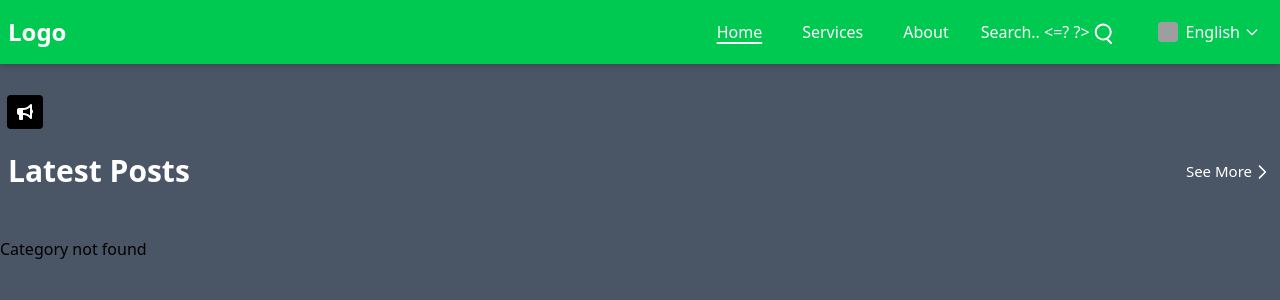
Repository: saroeuntola/we-share
Page: http://localhost/?lang=en
These files come from the project's save history. The page is drawn as it stood at one moment and after the next save; the edit follows.
The browser window is 1280 px wide. The pictures show the whole page.
Pictures or frames that could not be fetched are drawn as grey boxes. The page is run by PHP 8.4 with error messages shown; the project is at /var/www/html/. Style sheets and scripts are compiled from the project's sources, by tool versions that may differ from the author's. Queries for data that is not in the repository find no rows.

Above is the page before, as saved 2025-08-28 12:16:57.

### index.php
<!DOCTYPE html>
<html lang="en">

<head>
    <meta charset="UTF-8">
    <meta name="viewport" content="width=device-width, initial-scale=1.0">
    <title>Latest Posts</title>
    <link rel="stylesheet" href="./assets/css/output.css">
    <link rel="stylesheet" href="./assets/css/custom.css">
    <link rel="stylesheet" href="https://cdnjs.cloudflare.com/ajax/libs/font-awesome/6.0.0-beta3/css/all.min.css" />
    <script src="https://code.jquery.com/jquery-3.6.0.min.js"></script>
</head>

<body class="bg-gray-600">
    <header class="fixed z-10 w-full" id="header">
        <?php
        include 'head-bar.php'
        ?>
    </header>

    <main class="max-w-7xl m-auto mt-[95px]">
        <section class="mb-6">
            <?php
            include 'key-frame.php'
            ?>
        </section>

        <section>
            <?php
            include 'last-post-card.php'
            ?>

        </section>

        <section class="mt-6">
            <?php
            include 'programing-card.php'
            ?>
        </section>

        <section class="mt-6">
            <?php
            include 'web-dev-card.php'
            ?>
        </section>
    </main>


</body>

</html>

### head-bar.php
<?php
$currentPage = basename($_SERVER['PHP_SELF']);
$lang = isset($_GET['lang']) && in_array($_GET['lang'], ['en', 'kh']) ? $_GET['lang'] : 'en';
$currentSlug = isset($_GET['slug']) ? $_GET['slug'] : null;

function buildLangUrl($langTarget, $currentPage, $currentSlug)
{
    $params = ['lang' => $langTarget];
    if ($currentPage === 'detail.php' && $currentSlug) {
        $params['slug'] = $currentSlug;
    }
    return $currentPage . '?' . http_build_query($params);
}

// ✅ Helper to check active page
function navItem($page, $label, $lang, $currentPage, $currentSlug)
{
    $isActive = (strpos($currentPage, $page) !== false || ($page === '/' && $currentPage === 'index.php'));
    $baseUrl = $page === '/' ? '/' : $page;
    $params = ['lang' => $lang];
    if ($currentPage === 'detail' && $currentSlug) {
        $params['slug'] = $currentSlug;
    }
    $href = $baseUrl . '?' . http_build_query($params);

    $activeClass = $isActive
        ? 'text-white underline underline-offset-4 decoration-2'  // active link underline
        : 'text-white hover:underline hover:underline-offset-4 hover:decoration-2'; // hover underline

    $langClass = ($lang === 'kh') ? 'khmer-font-nav' : '';

    return "<a href=\"{$href}\" class=\"{$langClass} rounded-md text-base font-medium p-2 {$activeClass}\">{$label}</a>";
}



$menu = [
    'home' => $lang === 'en' ? 'Home' : 'ទំព័រដើម',
    'services' => $lang === 'en' ? 'Services' : 'សេវាកម្ម',
    'about' => $lang === 'en' ? 'About' : 'អំពីយើង',
    'faq' => $lang === 'en' ? 'FAQs' : 'សំណួរ',
    'join' => $lang === 'en' ? 'Join Now' : 'ចូលរួម',
    'search' => $lang === 'en' ? 'Search...' : 'ស្វែងរក...'
];

$languageNames = [
    'en' => 'English',
    'kh' => 'Khmer'
];
?>
<style>
    .khmer-font-nav {
        font-family: "Moul", serif;
        font-weight: 400;
        font-style: normal;
        font-size: 14px;
    }
</style>
<nav class="bg-green-500 shadow-md w-full" id="header">
    <div class="max-w-7xl mx-auto px-2">
        <div class="flex justify-between h-16 items-center">

            <!-- Mobile: Hamburger + Logo -->
            <div class="flex items-center lg:hidden">
                <!-- Hamburger -->
                <button id="menu-btn" class="lg:hidden p-2 text-white cursor-pointer">
                    <!-- Hamburger Icon -->
                    <svg class="w-6 h-6" fill="none" stroke="currentColor" stroke-width="2"
                        viewBox="0 0 24 24" xmlns="http://www.w3.org/2000/svg">
                        <path stroke-linecap="round" stroke-linejoin="round" d="M4 6h16M4 12h16M4 18h16" />
                    </svg>
                </button>
                <script>
                    const menuBtn = document.getElementById('menu-btn');
                    const menuIcon = document.getElementById('menu-icon');
                    const closeIcon = document.getElementById('close-icon');

                    menuBtn.addEventListener('click', () => {
                        menuIcon.classList.toggle('hidden');
                        closeIcon.classList.toggle('hidden');
                    });
                </script>
                <!-- Logo -->
                <a href="#" class="text-2xl font-bold text-white ml-3">Logo</a>
            </div>
            <!-- Desktop: Logo + Menu -->
            <div class="hidden lg:flex justify-between items-center w-full">
                <!-- Logo -->
                <a href="#" class="text-2xl font-bold text-white">Logo</a>
                <!-- Menu Items -->
                <div class="flex space-x-6 items-center">
                    <!-- Desktop Menu Items -->
                    <div class="flex space-x-6 items-center">
                        <?= navItem('/', $menu['home'], $lang, $currentPage, $currentSlug) ?>
                        <?= navItem('services', $menu['services'], $lang, $currentPage, $currentSlug) ?>
                        <?= navItem('about', $menu['about'], $lang, $currentPage, $currentSlug) ?>
                    </div>


                    <!-- Search Icon -->
                    <div class="relative ">

                        <button id="search-icon" class="text-white focus:outline-none flex justify-between items-center cursor-pointer">
                            <p>Search.. <=? ?></p>
                            <svg class="w-6 h-6 mt-1" fill="none" stroke="currentColor" viewBox="0 0 24 24">
                                <path stroke-linecap="round" stroke-linejoin="round" stroke-width="2"
                                    d="M21 21l-4.35-4.35m0 0A7.5 7.5 0 1110.5 3a7.5 7.5 0 016.15 13.65z" />
                            </svg>
                        </button>
                    </div>

                    <!-- Desktop Language Dropdown -->
                    <div class="relative">
                        <button id="lang-btn-desktop" class="flex items-center text-white px-3 py-2 rounded-md hover:bg-green-600 focus:outline-none">
                            <img id="lang-flag-desktop" src="https://flagcdn.com/<?= $lang === 'en' ? 'us' : 'kh' ?>.svg" class="w-5 h-5 ml-2 rounded-sm" alt="Flag">
                            <span class="ml-2 font-medium"><?= $lang === 'en' ? 'English' : 'Khmer' ?></span>
                            <svg class="w-4 h-4 ml-1" fill="none" stroke="currentColor" viewBox="0 0 24 24">
                                <path stroke-linecap="round" stroke-linejoin="round" stroke-width="2" d="M19 9l-7 7-7-7" />
                            </svg>
                        </button>

                        <div id="lang-menu-desktop" class="hidden absolute right-0 mt-2 w-36 bg-white rounded-md shadow-lg z-50">
                            <?php foreach ($languageNames as $code => $name): ?>
                                <?php if ($code !== $lang): ?>
                                    <a href="<?= buildLangUrl($code, $currentPage, $currentSlug) ?>" class="flex items-center px-4 py-2 text-gray-700 hover:bg-gray-100 transition">
                                        <img src="https://flagcdn.com/<?= $code === 'en' ? 'us' : 'kh' ?>.svg" class="w-5 h-5 mr-2 rounded-sm" alt="<?= $name ?> Flag">
                                        <span class="flex-1 text-right"><?= $name ?></span>
                                    </a>
                                <?php endif; ?>
                            <?php endforeach; ?>
                        </div>
                    </div>


                </div>
            </div>

            <!-- Mobile: Search Icon + Language -->
            <div class="flex items-center lg:hidden space-x-2">
                <!-- Search Icon -->
                <button id="search-icon-mobile" class="text-white focus:outline-none flex justify-center items-center">
                    <p>Search..</p>
                    <svg class="w-6 h-6 mt-1" fill="none" stroke="currentColor" viewBox="0 0 24 24">
                        <path stroke-linecap="round" stroke-linejoin="round" stroke-width="2"
                            d="M21 21l-4.35-4.35m0 0A7.5 7.5 0 1110.5 3a7.5 7.5 0 016.15 13.65z" />
                    </svg>
                </button>

                <!-- Mobile Language Dropdown -->
                <div class="relative">
                    <button id="lang-btn-mobile" class="flex items-center text-white px-3 py-2 rounded-md hover:bg-green-600 focus:outline-none">
                        <img id="lang-flag-mobile" src="https://flagcdn.com/<?= $lang === 'en' ? 'us' : 'kh' ?>.svg" class="w-5 h-5 ml-2 rounded-sm" alt="Flag">
                        <span class="ml-2 font-medium"><?= $lang === 'en' ? 'English' : 'Khmer' ?></span>
                        <svg class="w-4 h-4 ml-1" fill="none" stroke="currentColor" viewBox="0 0 24 24">
                            <path stroke-linecap="round" stroke-linejoin="round" stroke-width="2" d="M19 9l-7 7-7-7" />
                        </svg>
                    </button>

                    <div id="lang-menu-mobile" class="hidden absolute right-0 mt-2 w-36 bg-white rounded-md shadow-lg z-50">
                        <?php foreach ($languageNames as $code => $name): ?>
                            <?php if ($code !== $lang): ?>
                                <a href="<?= buildLangUrl($code, $currentPage, $currentSlug) ?>" class="flex items-center px-4 py-2 text-gray-700 hover:bg-gray-100 transition">
                                    <img src="https://flagcdn.com/<?= $code === 'en' ? 'us' : 'kh' ?>.svg" class="w-5 h-5 mr-2 rounded-sm" alt="<?= $name ?> Flag">
                                    <span class="flex-1 text-right"><?= $name ?></span>
                                </a>
                            <?php endif; ?>
                        <?php endforeach; ?>
                    </div>
                </div>

            </div>
        </div>

        <!-- Mobile Collapsed Menu -->
        <div id="overlay" class="fixed inset-0 bg-black bg-opacity-50 hidden z-40"></div>
        <div id="mobile-menu"
            class="fixed top-0 left-0 h-full w-64 bg-green-600 text-white transform -translate-x-full transition-transform duration-300 ease-in-out z-50">

            <div class="flex flex-col px-5 py-3 space-y-4">
                <button id="close-btn" class="self-end text-white flex justify-end cursor-pointer">
                    ✕
                </button>
                <?= navItem('/', $menu['home'], $lang, $currentPage, $currentSlug) ?>
                <?= navItem('services', $menu['services'], $lang, $currentPage, $currentSlug) ?>
                <?= navItem('about', $menu['about'], $lang, $currentPage, $currentSlug) ?>
            </div>
        </div>


    </div>
</nav>

<!-- Search Modal (shared for Desktop & Mobile) -->
<div id="searchModal" class="fixed inset-0 bg-black bg-opacity-50 hidden z-50 flex items-center justify-center">
    <div class="bg-gray-600 w-full h-full max-w-4xl max-h-full overflow-y-auto relative p-4">
        <!-- Header -->
        <div class="flex justify-between items-center border-b pb-4">
            <h2 class="text-xl text-white font-bold"><?= $lang === 'en' ? 'Search Document' : 'ស្វែងរកឯកសារ' ?></h2>
            <button onclick="closeSearchModal()" class="text-white text-3xl font-bold cursor-pointer">&times;</button>
        </div>

        <!-- Search Input -->
        <div class="mt-4">
            <input type="text" id="search-box" placeholder="<?= $lang === 'en' ? 'Search...' : 'ស្វែងរក...' ?>"
                class="w-full px-4 py-3 rounded-md border focus:outline-none focus:ring-2 focus:ring-green-500 text-white">
        </div>

        <!-- Loading Indicator -->
        <div id="search-loading" class="hidden mt-2 text-white"><?= $lang === 'en' ? 'Loading...' : 'កំពុងផ្ទុក...' ?></div>

        <!-- Search Results Grid -->
        <div id="search-results" class="mt-4 grid grid-cols-1 sm:grid-cols-2 lg:grid-cols-3 gap-4">
            <div class="text-white col-span-full"><?= $lang === 'en' ? 'Type to search...' : 'វាយបញ្ចូលដើម្បីស្វែងរក...' ?></div>
        </div>
    </div>
</div>
<script src="https://cdn.jsdelivr.net/npm/alpinejs@3.x.x/dist/cdn.min.js" defer></script>

<script>
    const closeBtn = document.getElementById('close-btn');
    const mobileMenu = document.getElementById('mobile-menu');
    const overlay = document.getElementById('overlay');

    menuBtn.addEventListener('click', () => {
        mobileMenu.classList.remove('-translate-x-full');
        overlay.classList.remove('hidden');
    });

    closeBtn.addEventListener('click', () => {
        mobileMenu.classList.add('-translate-x-full');
        overlay.classList.add('hidden');
    });

    overlay.addEventListener('click', () => {
        mobileMenu.classList.add('-translate-x-full');
        overlay.classList.add('hidden');
    });




    // Desktop dropdown
    const langBtnDesktop = document.getElementById('lang-btn-desktop');
    const langMenuDesktop = document.getElementById('lang-menu-desktop');

    langBtnDesktop.addEventListener('click', (e) => {
        e.stopPropagation();
        langMenuDesktop.classList.toggle('hidden');
    });

    // Mobile dropdown
    const langBtnMobile = document.getElementById('lang-btn-mobile');
    const langMenuMobile = document.getElementById('lang-menu-mobile');

    langBtnMobile.addEventListener('click', (e) => {
        e.stopPropagation();
        langMenuMobile.classList.toggle('hidden');
    });

    // Close dropdowns when clicking outside
    document.addEventListener('click', () => {
        langMenuDesktop.classList.add('hidden');
        langMenuMobile.classList.add('hidden');
    });



    // Search Modal
    const searchIconDesktop = document.getElementById('search-icon');
    const searchIconMobile = document.getElementById('search-icon-mobile');
    const searchModal = document.getElementById('searchModal');
    const searchBox = document.getElementById('search-box');
    const searchResults = document.getElementById('search-results');
    const searchLoading = document.getElementById('search-loading');

    function openSearchModal() {
        searchModal.classList.remove('hidden');
        searchBox.focus();
    }

    function closeSearchModal() {
        searchModal.classList.add('hidden');
        searchBox.value = '';
        searchResults.innerHTML = '<div class="text-white col-span-full"><?= $lang === "en" ? "Type to search..." : "វាយបញ្ចូលដើម្បីស្វែងរក..." ?></div>';
    }

    searchIconDesktop.addEventListener('click', openSearchModal);
    searchIconMobile.addEventListener('click', openSearchModal);

    window.addEventListener('click', function(e) {
        if (e.target === searchModal) closeSearchModal();
    });

    function debounce(func, delay) {
        let timeout;
        return function() {
            clearTimeout(timeout);
            timeout = setTimeout(() => func.apply(this, arguments), delay);
        }
    }

    searchBox.addEventListener('input', debounce(function() {
        const query = this.value.trim();
        searchResults.innerHTML = '';
        if (!query) {
            searchResults.innerHTML = '<div class="text-white col-span-full"><?= $lang === "en" ? "Type to search..." : "វាយបញ្ចូលដើម្បីស្វែងរក..." ?></div>';
            searchLoading.classList.add('hidden');
            return;
        }
        searchLoading.classList.remove('hidden');

        fetch(`/weshare/search.php?q=${encodeURIComponent(query)}&lang=<?= $lang ?>`)
            .then(res => res.json())
            .then(data => {
                searchLoading.classList.add('hidden');
                searchResults.innerHTML = '';
                if (data.length === 0) {
                    searchResults.innerHTML = '<div class="text-white col-span-full"><?= $lang === "en" ? "No data found" : "រកមិនឃើញទិន្នន័យ។" ?></div>';
                } else {
                    data.forEach(item => {
                        const a = document.createElement('a');
                        a.href = `detail?slug=${item.slug}&lang=<?= $lang ?>`;
                        a.className = 'block border rounded p-3 hover:bg-white bg-white';
                        a.textContent = item.name;
                        searchResults.appendChild(a);
                    });
                }
            })
            .catch(err => {
                searchLoading.classList.add('hidden');
                console.error(err);
            });
    }, 300));
</script>

### admin/lib/db.php

<?php

function dbConn()
{
   $servername = "localhost";
    $username = "root";
    $password = "";
    $db = "weshare";

    try {
        $conn = new PDO("mysql:host=$servername;dbname=$db", $username, $password);
        $conn->setAttribute(PDO::ATTR_ERRMODE, PDO::ERRMODE_EXCEPTION);
        return $conn;
    } catch (PDOException $e) {
        die("Connection failed: " . $e->getMessage());
    }
}

function dbClose(&$conn)
{
    $conn = null;
}

function dbSelect($table, $column = "*", $criteria = "", $clause = "")
{
    if (empty($table)) return false;

    $sql = "SELECT $column FROM $table";
    if (!empty($criteria)) $sql .= " WHERE $criteria";
    if (!empty($clause)) $sql .= " $clause";

    $conn = dbConn();
    try {
        $stmt = $conn->query($sql);
        $result = $stmt->fetchAll(PDO::FETCH_ASSOC);
        dbClose($conn);
        return $result;
    } catch (PDOException $e) {
        echo "Error in selecting data: " . $e->getMessage();
        return false;
    }
}

function dbInsert($table, $data = array())
{
    if (empty($table) || empty($data)) return false;

    $conn = dbConn();
    $fields = implode(", ", array_keys($data));
    $placeholders = ":" . implode(", :", array_keys($data));
    $sql = "INSERT INTO $table ($fields) VALUES ($placeholders)";

    try {
        $stmt = $conn->prepare($sql);
        $stmt->execute($data);
        dbClose($conn);
        return true;
    } catch (PDOException $e) {
        echo "Error inserting data: " . $e->getMessage();
        return false;
    }
}

function dbUpdate($table, $data = array(), $criteria = "")
{
    if (empty($table) || empty($data) || empty($criteria)) return false;

    $conn = dbConn();
    $setClause = "";
    foreach ($data as $key => $val) {
        $setClause .= "$key = :$key, ";
    }
    $setClause = rtrim($setClause, ", ");
    $sql = "UPDATE $table SET $setClause WHERE $criteria";

    try {
        $stmt = $conn->prepare($sql);
        $stmt->execute($data);
        dbClose($conn);
        return true;
    } catch (PDOException $e) {
        echo "Error updating data: " . $e->getMessage();
        return false;
    }
}

function dbDelete($table, $criteria)
{
    if (empty($table) || empty($criteria)) return false;

    $sql = "DELETE FROM $table WHERE $criteria";
    $conn = dbConn();

    try {
        $stmt = $conn->prepare($sql);
        $stmt->execute();
        dbClose($conn);
        return true;
    } catch (PDOException $e) {
        echo "Error deleting data: " . $e->getMessage();
        return false;
    }
}

function dbCount($table = "", $criteria = "")
{
    if (empty($table)) return false;

    $sql = "SELECT COUNT(*) as count FROM $table";
    if (!empty($criteria)) $sql .= " WHERE $criteria";

    $conn = dbConn();
    try {
        $stmt = $conn->query($sql);
        $result = $stmt->fetch(PDO::FETCH_ASSOC);
        dbClose($conn);
        return $result['count'];
    } catch (PDOException $e) {
        echo "Error counting data: " . $e->getMessage();
        return false;
    }
}

?>

### programing-card.php
<?php

$categoryModel = new Category();
$subcategoryModel = new Subcategory();
$postModel = new Post();

$categorySlug = "programming";

$programingCat = $categoryModel->getCategory($categorySlug);
if (!$programingCat) die("Category not found");

$subcategories = $subcategoryModel->getSubcategoriesByCategorySlug($categorySlug);

$filterSubSlug = $_GET['sub'] ?? null;

$limit = 8;
$posts = $filterSubSlug
    ? $postModel->getPostsByCategoryAndSubcategorySlug($categorySlug, $filterSubSlug, $limit)
    : $postModel->getPostsByCategorySlug($categorySlug, $limit);
?>

<section class="px-2">
    <div class="flex justify-between items-center mb-6">
        <h1 class="text-xl lg:text-3xl md:text-2xl font-bold text-white">Latest Posts</h1>
        <a href="programming"
            class="inline-flex items-center justify-center text-center text-white hover:text-green-400 text-[15px] transition ">
            See More
            <svg class="w-5 h-5 mt-[1px]" fill="none" stroke="currentColor" stroke-width="2"
                viewBox="0 0 24 24" xmlns="http://www.w3.org/2000/svg">
                <path stroke-linecap="round" stroke-linejoin="round" d="M9 5l7 7-7 7" />
            </svg>
        </a>
    </div>
    <!-- Desktop grid -->
    <div class="hidden md:grid md:grid-cols-3 lg:grid-cols-4 gap-2">
        <?php foreach ($posts as $p):
            $sub = $p['subcategory_id'] ? $subcategoryModel->getSubcategory($p['subcategory_id']) : null;
        ?>
            <a href="detail.php?slug=<?= htmlspecialchars($p['slug']) ?>">
                <div class="card bg-gray-800 rounded-lg shadow-md hover:shadow-lg overflow-hidden">
                    <?php if (!empty($p['image'])): ?>
                        <img src="./admin/posts/uploads/<?= htmlspecialchars($p['image']) ?>"
                            alt="<?= htmlspecialchars($p['name']) ?>"
                            class="w-full h-[90px] md:h-[130px] lg:h-[160px] object-cover rounded-none">
                    <?php endif; ?>
                    <div class="card-body px-4 py-2">
                        <h2 class="font-semibold text-lg mb-1"><?= htmlspecialchars($p['name']) ?></h2>

                    </div>
                </div>
            </a>

        <?php endforeach; ?>
    </div>

    <!-- Mobile horizontal scroll -->
    <div class="overflow-x-auto md:hidden py-2">
        <div class="flex space-x-2">
            <?php foreach ($posts as $p): ?>
                <a href="detail.php?slug=<?= htmlspecialchars($p['slug']) ?>" class="flex-shrink-0">
                    <div
                        class="card bg-gray-800 rounded-lg shadow-md hover:shadow-lg overflow-hidden w-[167px] sm:w-[200px]">
                        <?php if (!empty($p['image'])): ?>
                            <img src="./admin/posts/uploads/<?= htmlspecialchars($p['image']) ?>"
                                alt="<?= htmlspecialchars($p['name']) ?>"
                                class="w-full h-[90px] sm:h-[120px] object-cover">
                        <?php endif; ?>
                        <div class="card-body px-2 py-1">
                            <h2 class="font-semibold text-sm break-words"><?= htmlspecialchars($p['name']) ?></h2>
                        </div>
                    </div>
                </a>
            <?php endforeach; ?>
        </div>
    </div>
</section>

### assets/css/custom.css
#header {
  top: 0;
}
.khmer-font {
  font-family: 'Noto Sans Khmer', sans-serif;
}
.khmer-font-nav{
    font-family: "Moul", serif;
    font-weight: 400;
    font-style: normal;
}

Loaded but not shown: assets/css/input.css (common file); admin/lib/post_lib.php (256 lines, source omitted); admin/lib/subcategory_lib.php (169 lines, source omitted); key-frame.php (186 lines, source omitted); admin/lib/category_lib.php (116 lines, source omitted); last-post-card.php (87 lines, source omitted)

After the next save:
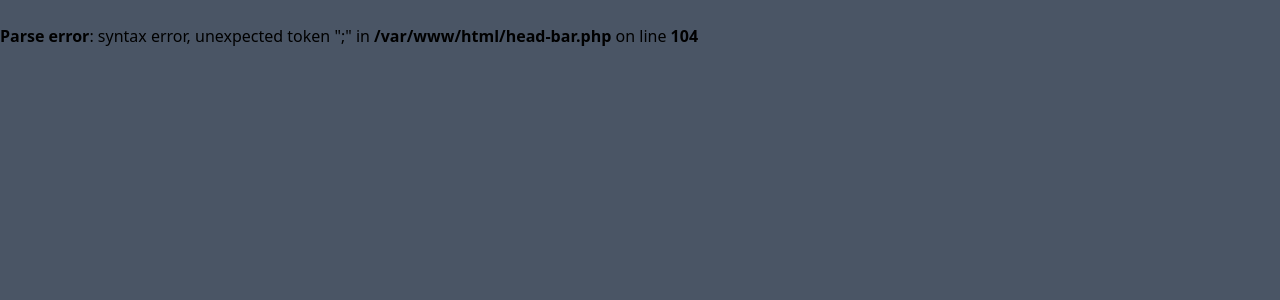
Saved 4 s later.
--- a/head-bar.php
+++ b/head-bar.php
@@ -101,7 +101,7 @@
                     <div class="relative ">
 
                         <button id="search-icon" class="text-white focus:outline-none flex justify-between items-center cursor-pointer">
-                            <p>Search.. <=? ?></p>
+                            <p>Search.. <?=  ?></p>
                             <svg class="w-6 h-6 mt-1" fill="none" stroke="currentColor" viewBox="0 0 24 24">
                                 <path stroke-linecap="round" stroke-linejoin="round" stroke-width="2"
                                     d="M21 21l-4.35-4.35m0 0A7.5 7.5 0 1110.5 3a7.5 7.5 0 016.15 13.65z" />

After the 2 saves that followed:
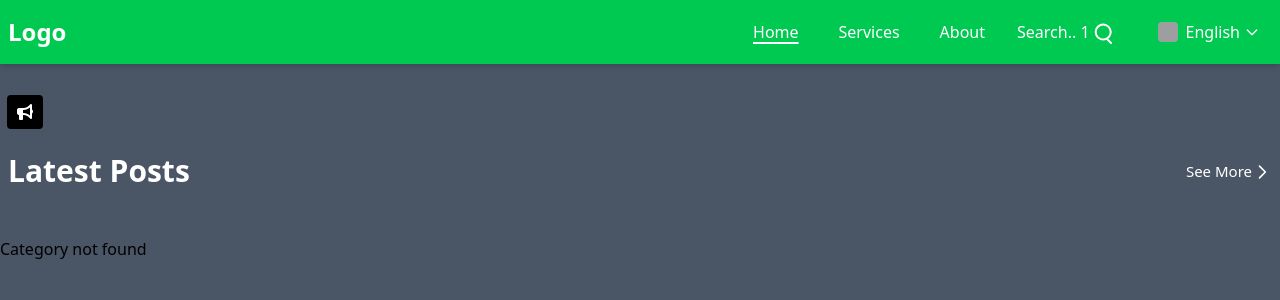
The 2 saves are shown as one change because they came seconds apart.
The last was saved 10 s later.
--- a/head-bar.php
+++ b/head-bar.php
@@ -101,7 +101,7 @@
                     <div class="relative ">
 
                         <button id="search-icon" class="text-white focus:outline-none flex justify-between items-center cursor-pointer">
-                            <p>Search.. <?=  ?></p>
+                            <p>Search.. <?= $lang === 'en' ?></p>
                             <svg class="w-6 h-6 mt-1" fill="none" stroke="currentColor" viewBox="0 0 24 24">
                                 <path stroke-linecap="round" stroke-linejoin="round" stroke-width="2"
                                     d="M21 21l-4.35-4.35m0 0A7.5 7.5 0 1110.5 3a7.5 7.5 0 016.15 13.65z" />
